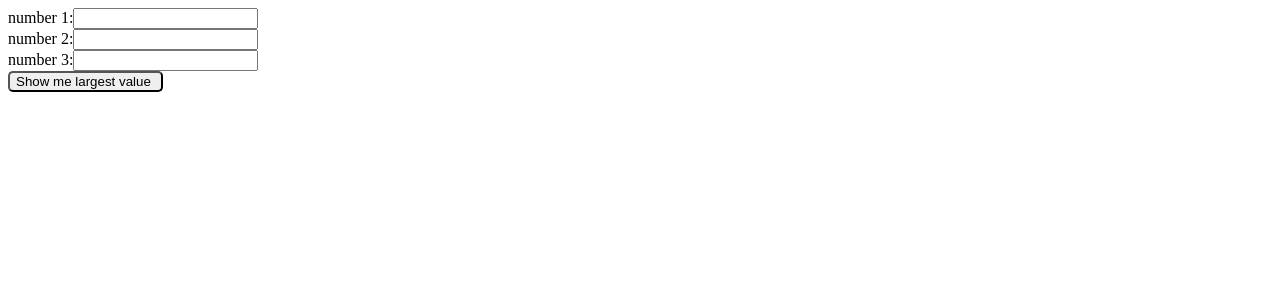
Repository: pkc189/Techment
Page: Advance Java Server Side/HelloWorld/WebContent/Largest.html
These files come from the project's save history. The page is drawn as it stood at one moment and after the next save; the edit follows.
The browser window is 1280 px wide. The pictures show the whole page.

Above is the page before, as saved 2021-08-20 08:23:36.

After the next save:
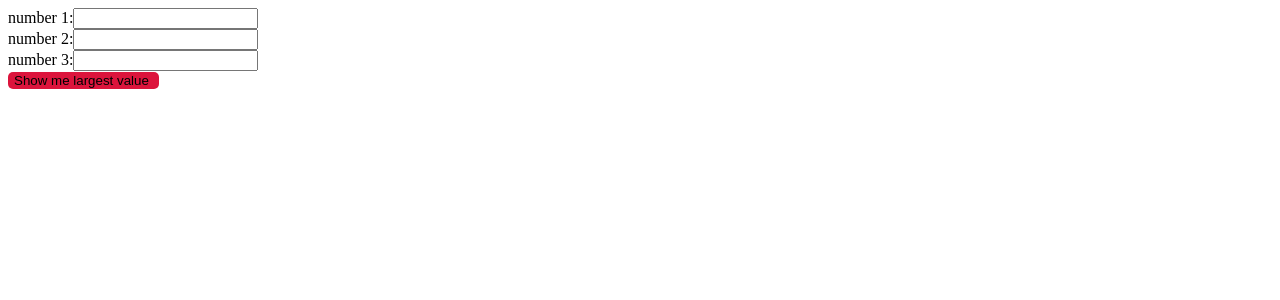
Saved 10 s later.
--- a/Advance Java Server Side/HelloWorld/WebContent/Largest.html
+++ b/Advance Java Server Side/HelloWorld/WebContent/Largest.html
@@ -6,7 +6,7 @@
 <style>
 
 .btn{
-background-color:crimson ,
+background-color:crimson ;
 border:none;
 border-radius:5px;
 color:'white'
